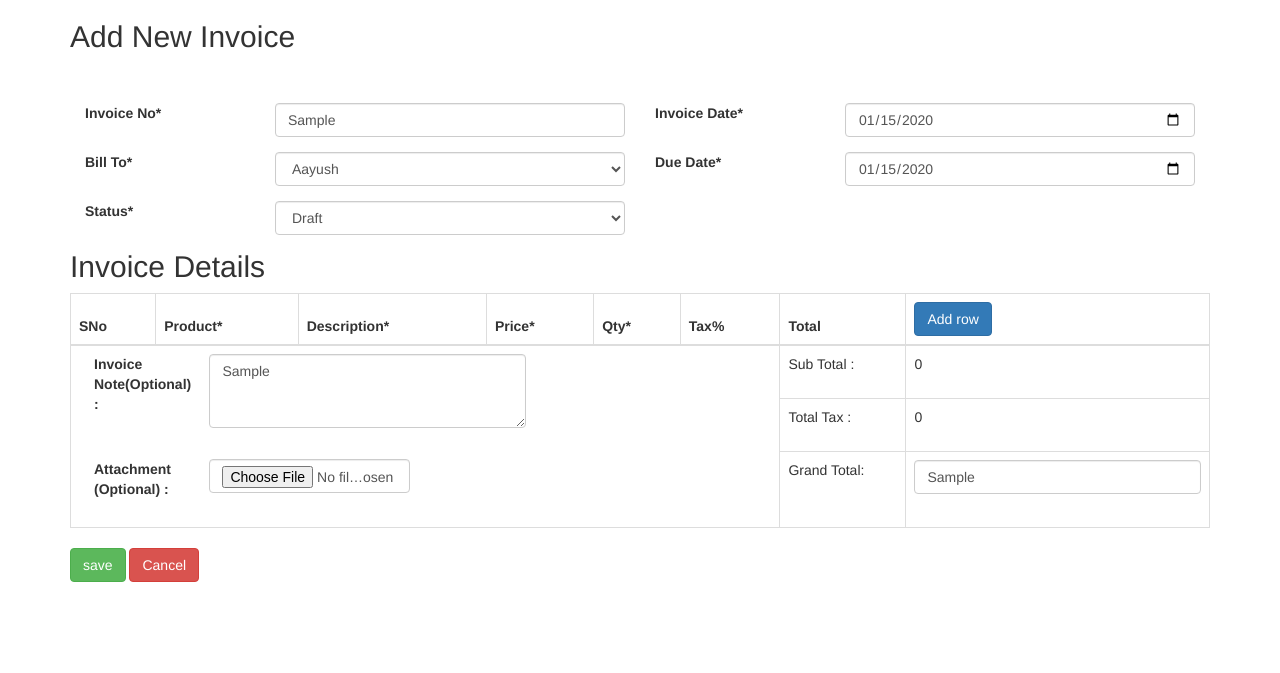
Repository: Aayush13013/Invoice_Management_app
Page: http://localhost/invoiceInfo/WEB-INF/jsp/new_invoiceInfo.jsp
These files come from the project's save history. The page is drawn as it stood at one moment and after a run of saves; the edit follows.
The browser window is 1280 px wide. The pictures show the whole page.
Empty fields were first filled with sample values (such as "Sample", 5 or name@example.com).
After loading, the first visible `input.btn` was clicked once.
The page is served by Tomcat 9. Nobody is signed in. Other server files are loaded and not shown. The template is opened directly, without the code that normally fills it, so the values that code supplies are empty.

Above is the page before, as saved 2021-12-28 06:13:08.
Console error: ReferenceError: table_len is not defined

### invoiceInfo/invoiceInfo/src/main/webapp/WEB-INF/jsp/new_invoiceInfo.jsp
<%@ page language="java" contentType="text/html; charset=ISO-8859-1"
	pageEncoding="ISO-8859-1"%>
<%@ taglib prefix="form" uri="http://www.springframework.org/tags/form"%>
<%@ taglib prefix="c" uri="http://java.sun.com/jsp/jstl/core"%>


<!DOCTYPE html>
<html>

<head>
<meta charset="ISO-8859-1">
<title>Add New Invoice</title>

<link rel="stylesheet"
	href="https://maxcdn.bootstrapcdn.com/bootstrap/3.4.1/css/bootstrap.min.css">



</head>

<body>
	<script>
	 function addRows() {
         var table = document.getElementById("myTable");
         var counts = (table.rows.length) - 1;

         var row = table.insertRow(table_len).outerHTML = "<tr id='row" + table_len + "'> " +

             "<td id='auto_id" + counts + "'><input type='text' name='auto_id" + counts + "' class='form-control' '></td> " +
             "<td id='productName" + counts + "'><input type='text'   name='listOfProducts[" + counts + "].productName' class='form-control' ></td> " +
             "<td id='description" + counts + "'><input type='text'  name='listOfProducts[" + counts + "].description' class='form-control' ></td> " +
             "<td id='price" + counts + "' ><input type='text'  name='listOfProducts[" + counts + "].price' class='form-control' ></td> " +
             "<td id='qty" + counts + "' ><input type='text'  name='listOfProducts[" + counts + "].qty' class='form-control' ></td> " +
             "<td id='tax" + counts + "' ><input type='text'  name='listOfProducts[" + counts + "].taxPercent' id='taxval" + counts + "' class='form-control' ></td> " +
             "<td id='total" + counts + "' ><input type='text'  name='listOfProducts[" + counts + "].total' id='totval" + counts + "' class='form-control' ></td> " +

             "<td><i class='fa fa-trash' style='font-size:24px' onclick='delete_row3(" + counts + ")'> </i></td> " +
             "</tr>";
     }
		/* function addRows(id) {
			var table = document.getElementById(id);
			var array = [ "Computer", "Mobile", "PenDrive", "Mouse" ];

			var rowCount = table.rows.length;
			var row = table.insertRow(rowCount);
			var counts = rowCount - 1;

			var cell0 = row.insertCell(0);
			cell0.innerHTML = rowCount + 1;

			var cell1 = row.insertCell(1);
			var element1 = document.createElement("select");
			element1.name = "listOfProducts[" + counts + "].productName";
			for (var i = 0; i < array.length; i++) {
				var option = document.createElement("option");
				option.value = array[i];
				option.text = array[i];
				element1.appendChild(option);
			}
			element1.required = "required";
			cell1.appendChild(element1);

			var cell2 = row.insertCell(2);
			var element2 = document.createElement("textarea");
			element2.type = "text";
			element2.name = "listOfProducts[" + counts + "].description";
			element2.required = "required";
			cell2.appendChild(element2);

			var cell3 = row.insertCell(3);
			var element3 = document.createElement("input");
			element3.type = "number";
			element3.name = "listOfProducts[" + counts + "].price";
			element3.required = "required";
			cell3.appendChild(element3);

			var cell4 = row.insertCell(4);
			var element4 = document.createElement("input");
			element4.type = "number";
			element4.name = "listOfProducts[" + counts + "].qty";
			element4.required = "required";
			cell4.appendChild(element4);

			var cell5 = row.insertCell(5);
			var element5 = document.createElement("input");
			element5.type = "number";
			element5.name = "listOfProducts[" + counts + "].taxPercent";
			element5.required = "required";
			cell5.appendChild(element5);

			var cell6 = row.insertCell(6);
			var element6 = document.createElement("input");
			element6.type = "number";
			element6.name = "listOfProducts[" + counts + "].total";
			element6.required = "required";
			cell6.appendChild(element6);

			var cell7 = row.insertCell(7);
			var element7 = document.createElement("input");
			element7.type = "button";
			element7.value = "Delete Row";
			element7.onclick = deleteRows('myTable');
			cell7.appendChild(element7);

		} */
	</script>
	<div class="container">

		<h2>Add New Invoice</h2>
		<br>



		<form:form action="/saveInvoice" modelAttribute="invoiceInfo"
			method="POST">
			<form:hidden path="id" placeholder="id" class="form-control " />
			<div class="form-row">
				<div class="form-group col-md-2">
					<label>Invoice No*</label>
				</div>
				<div class="form-group col-md-4">
					<form:input type="text" path="invoiceNo" placeholder="invoiceNo"
						required="required" class="form-control" />
				</div>
				<div class="form-group col-md-2">
					<label>Invoice Date*</label>

				</div>
				<div class="form-group col-md-4">
					<form:input type="date" path="invoiceDate"
						placeholder="invoiceDate" class="form-control " />
				</div>
			</div>
			<div class="form-row">
				<div class="form-group col-md-2">
					<label>Bill To*</label>

				</div>
				<div class="form-group col-md-4">
					<form:select path="billTo" class="form-control" required="required">
						<optgroup label="Select_Customer">
							<form:option value="Aayush"></form:option>
							<form:option value="Shridhar"></form:option>
							<form:option value="Suneel"></form:option>
							<form:option value="Lekhana"></form:option>
						</optgroup>
					</form:select>
				</div>
				<div class="form-group col-md-2">
					<label>Due Date*</label>

				</div>

				<div class="form-group col-md-4">
					<form:input type="date" path="dueDate" placeholder="dueDate"
						class="form-control " />
				</div>
			</div>
			<div class="form-row">
				<div class="form-group col-md-2">
					<label>Status*</label>

				</div>
				<div class="form-group col-md-4">
					<form:select path="status" class="form-control">
						<optgroup label="Select_Status">
							<form:option value="Draft"></form:option>
							<form:option value="Sent"></form:option>
							<form:option value="Paid"></form:option>
						</optgroup>
					</form:select>
				</div>
				<div class="form-group col-md-2">
					<label hidden>** :</label>
				</div>
				<div class="form-group col-md-4">
					<input type="text" class="form-control" style="visibility: hidden;">
				</div>
			</div>


			<div class="form-row">
				<h2>Invoice Details</h2>

				<table class="table table-bordered">
					<thead>
						<tr>
							<th>SNo</th>
							<th>Product*</th>
							<th>Description*</th>
							<th>Price*</th>
							<th>Qty*</th>
							<th>Tax%</th>
							<th>Total</th>
							<th><input type="button" value="Add row"
								class="btn btn-primary" onclick="addRows('myTable')" /></th>
						</tr>

					</thead>
					<tbody id="myTable">

					</tbody>
					<tr>
						<td colspan="6" rowspan="2">
							<div class="form-group  col-md-2">
								<label>Invoice Note(Optional) :</label>
							</div>
							<div class="form-group   col-md-6">
								<textarea class="form-control rounded-0" name="invoiceNote"
									id="invoiceNote" rows="3" maxlength="1000"
									placeholder="Invoice Note"></textarea>
							</div>
						</td>
						<td>Sub Total :</td>
						<td><span path="subTotal" name="subTotal" id="subTotal">0</span></td>
					</tr>
					<tr>
						<td>Total Tax :</td>
						<td><span path="totalTax" name="totalTax" id="totalTax">0</span></td>
					</tr>
					<tr>
						<td colspan="6" style="border-top: hidden">
							<div class="form-group  col-md-2">
								<label>Attachment (Optional) :</label>
							</div>
							<div class="form-group col-md-4">
								<input type="file" name="file" path="file"
									placeholder="Attachment" id="file" class="form-control">
							</div>
						</td>
						<td>Grand Total:</td>
						<td><input type="text" path="grandTotal" name="grandTotal"
							id="grandTotal" class="form-control col-4 mb-4" /></td>
					</tr>

				</table>
			</div>

			<input type="submit" value="save" class="btn btn-success" />
			<button type="clear" class="btn btn-danger">Cancel</button>
		</form:form>
	</div>
</body>

</html>

After the next 2 saves:
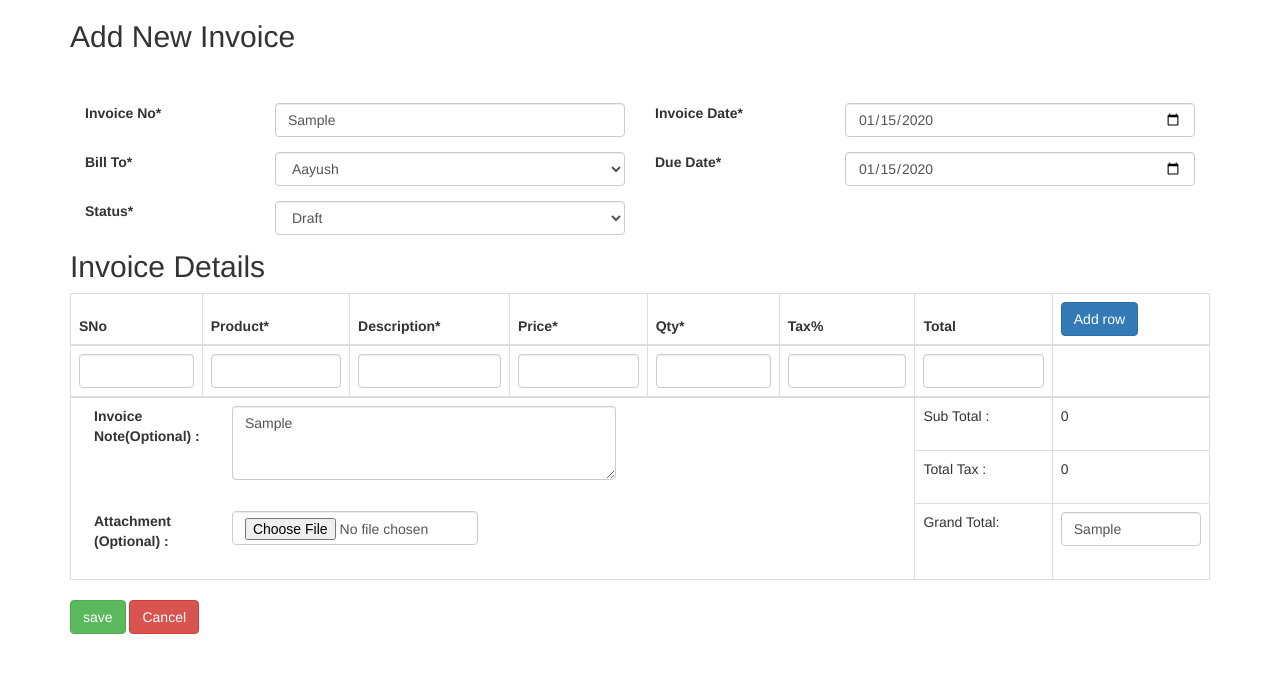
The error is gone.
The 2 saves are shown as one change because they came seconds apart.
The last was saved 9 s later.
--- a/invoiceInfo/invoiceInfo/src/main/webapp/WEB-INF/jsp/new_invoiceInfo.jsp
+++ b/invoiceInfo/invoiceInfo/src/main/webapp/WEB-INF/jsp/new_invoiceInfo.jsp
@@ -24,7 +24,7 @@
          var table = document.getElementById("myTable");
          var counts = (table.rows.length) - 1;
 
-         var row = table.insertRow(table_len).outerHTML = "<tr id='row" + table_len + "'> " +
+         var row = table.insertRow(counts).outerHTML = "<tr id='row" + counts + "'> " +
 
              "<td id='auto_id" + counts + "'><input type='text' name='auto_id" + counts + "' class='form-control' '></td> " +
              "<td id='productName" + counts + "'><input type='text'   name='listOfProducts[" + counts + "].productName' class='form-control' ></td> " +
